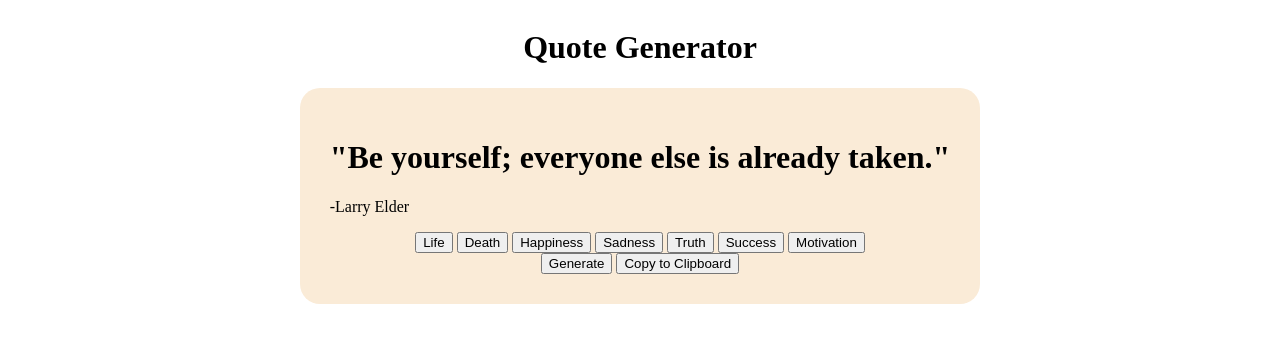
Repository: moehaymanmyint/Random-Quote-Generator
Page: index.html
These files come from the project's save history. The page is drawn as it stood at one moment and after the next save; the edit follows.
The browser window is 1280 px wide. The pictures show the whole page.

Above is the page before, as saved 2024-11-05 22:16:34.

After the next save:
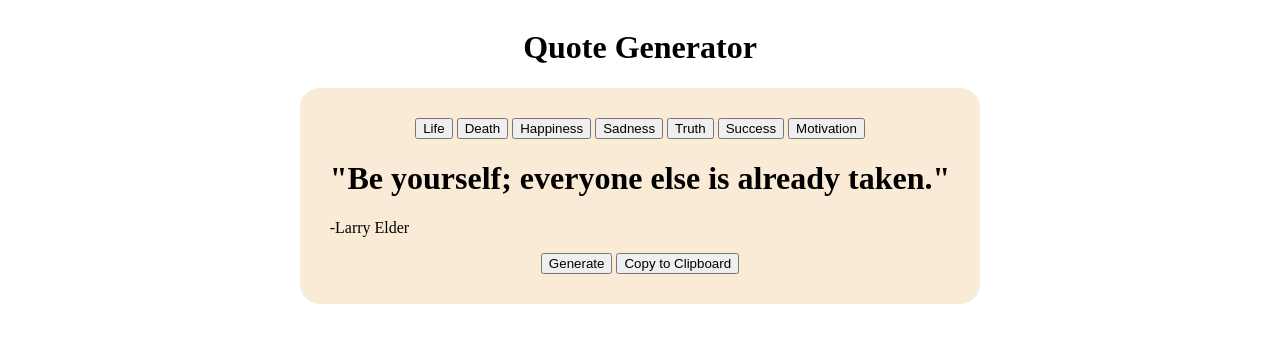
Saved 59 s later.
--- a/index.html
+++ b/index.html
@@ -10,10 +10,6 @@
     <div class="container">
         <h1>Quote Generator</h1>
         <div class="quote-box">
-            <div class="quote">
-                <h1>"Be yourself; everyone else is already taken."</h1>
-                <p>-Larry Elder</p>
-            </div>
             <div class="category">
                 <input type="button" value="Life">
                 <input type="button" value="Death">
@@ -23,6 +19,10 @@
                 <input type="button" value="Success">
                 <input type="button" value="Motivation">
             </div>
+            <div class="quote">
+                <h1>"Be yourself; everyone else is already taken."</h1>
+                <p>-Larry Elder</p>
+            </div>
             <div class="btn">
                 <button>Generate</button>
                 <button>Copy to Clipboard</button>
